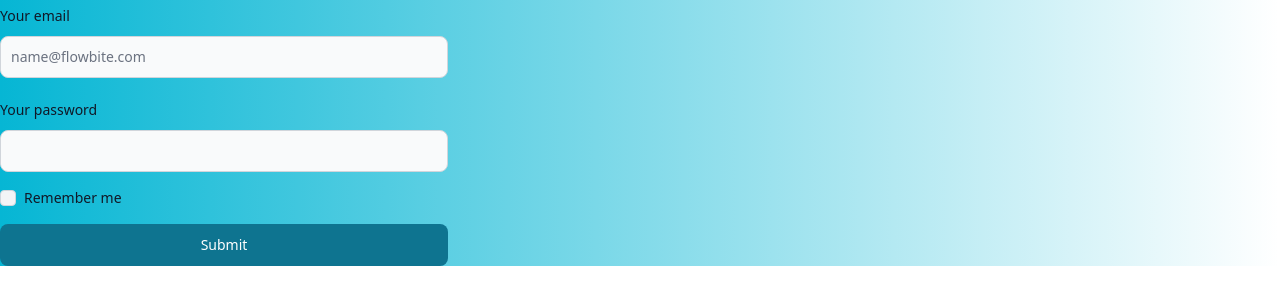
Repository: PrzemyslawJura/Frontend
Page: /
An editor plug-in stored every save of this project. The page is shown before and after the next save, followed by the edit.
The browser window is 1280 px wide. The pictures show the whole page.
The project was rebuilt for these pictures with package versions that can differ from the ones it lists, and the page was loaded fresh each time. Also part of the build but not shown: vite.config.ts.

Above is the page before, as saved 2024-07-24 11:29:10.

### index.html
<!doctype html>
<html lang="en">
  <head>
    <meta charset="UTF-8" />
    <link rel="icon" type="image/svg+xml" href="/vite.svg" />
    <meta name="viewport" content="width=device-width, initial-scale=1.0" />
    <title>Warehouse</title>
  </head>
  <body>
    <div id="root"></div>
    <script type="module" src="/src/main.tsx"></script>
  </body>
</html>

### src/main.tsx
import React from 'react'
import ReactDOM from 'react-dom/client'
import './output.css'
import Login from './pages/Login/Login'

ReactDOM.createRoot(document.getElementById('root')!).render(
  <React.StrictMode>
    <Login />
  </React.StrictMode>,
)

### src/pages/Login/Login.tsx
import { LoginForm } from '../../components/form/LoginForm'

function Login() {

  return (
    <>
        <div className="h-14 bg-gradient-to-r from-cyan-500 to-blue-500">
            <div className="text-xl">
                <LoginForm/>
            </div>

        </div>
    </>
  )
}

export default Login

### src/components/form/LoginForm.tsx
"use client";

import { Button, Checkbox, Label, TextInput } from "flowbite-react";

export function LoginForm() {
  return (
    <form className="flex max-w-md flex-col gap-4">
      <div>
        <div className="mb-2 block">
          <Label htmlFor="email1" value="Your email" />
        </div>
        <TextInput id="email1" type="email" placeholder="name@flowbite.com" required />
      </div>
      <div>
        <div className="mb-2 block">
          <Label htmlFor="password1" value="Your password" />
        </div>
        <TextInput id="password1" type="password" required />
      </div>
      <div className="flex items-center gap-2">
        <Checkbox id="remember" />
        <Label htmlFor="remember">Remember me</Label>
      </div>
      <Button type="submit">Submit</Button>
    </form>
  );
}

Loaded but not shown: src/output.css (6043 lines, source omitted)

After the next save:
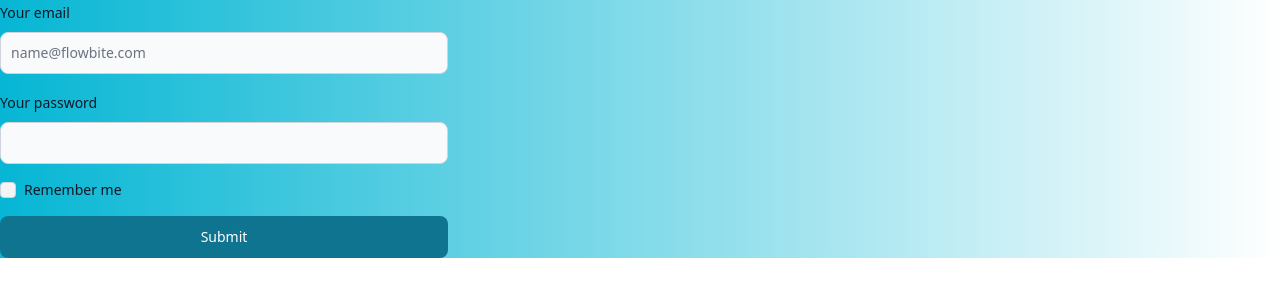
Saved 28 s later.
--- a/src/pages/Login/Login.tsx
+++ b/src/pages/Login/Login.tsx
@@ -5,10 +5,9 @@ function Login() {
   return (
     <>
         <div className="h-14 bg-gradient-to-r from-cyan-500 to-blue-500">
-            <div className="text-xl">
+            <div className="">
                 <LoginForm/>
             </div>
-
         </div>
     </>
   )
